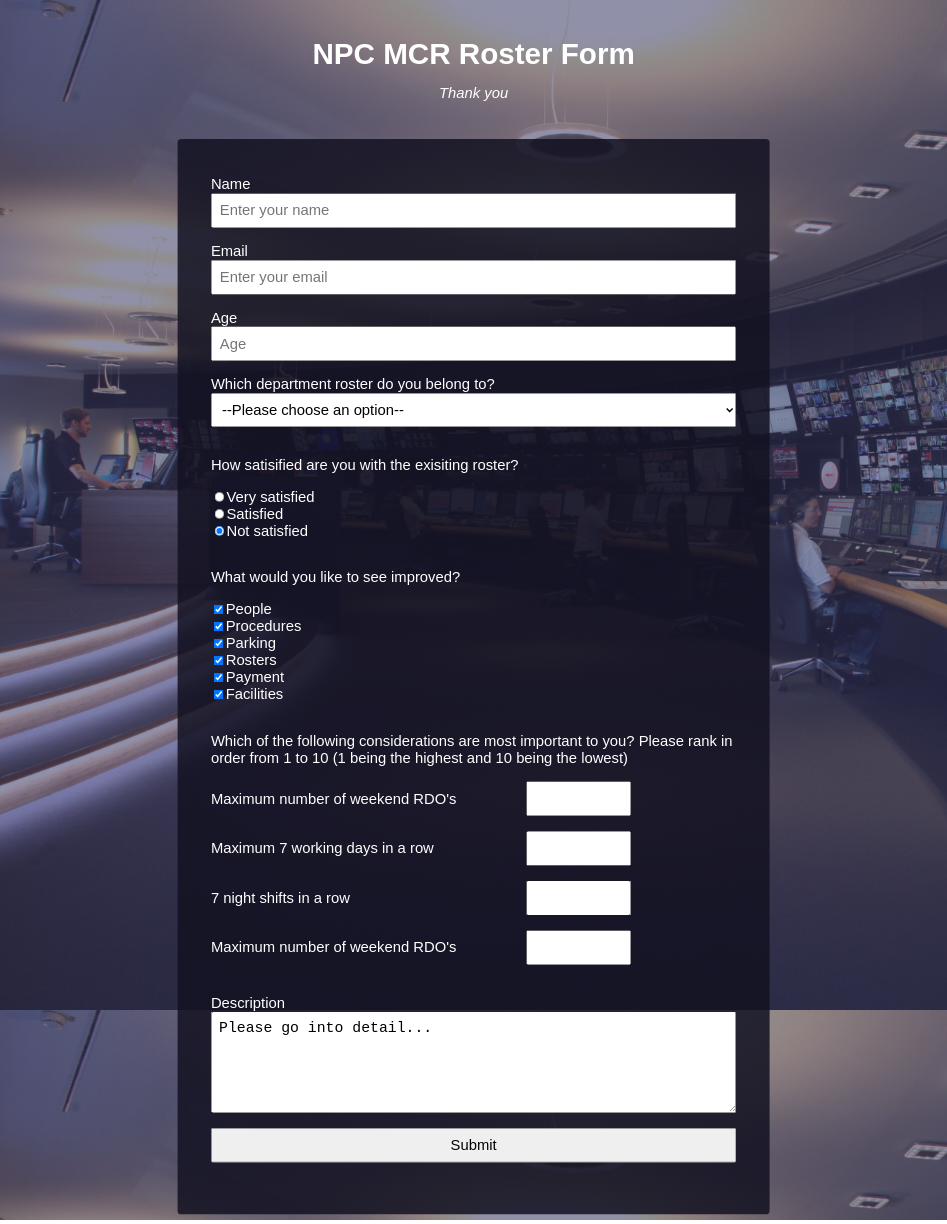
Repository: rvass/fcc-survey-form
Page: index.html
The author's editor kept a record of every edit. The page is drawn from the files as they stood at one moment, then again after the next edit.
The browser window is 1280 px wide. The pictures show the whole page, at 74% of full size.

Above is the page before.

After the next edit:
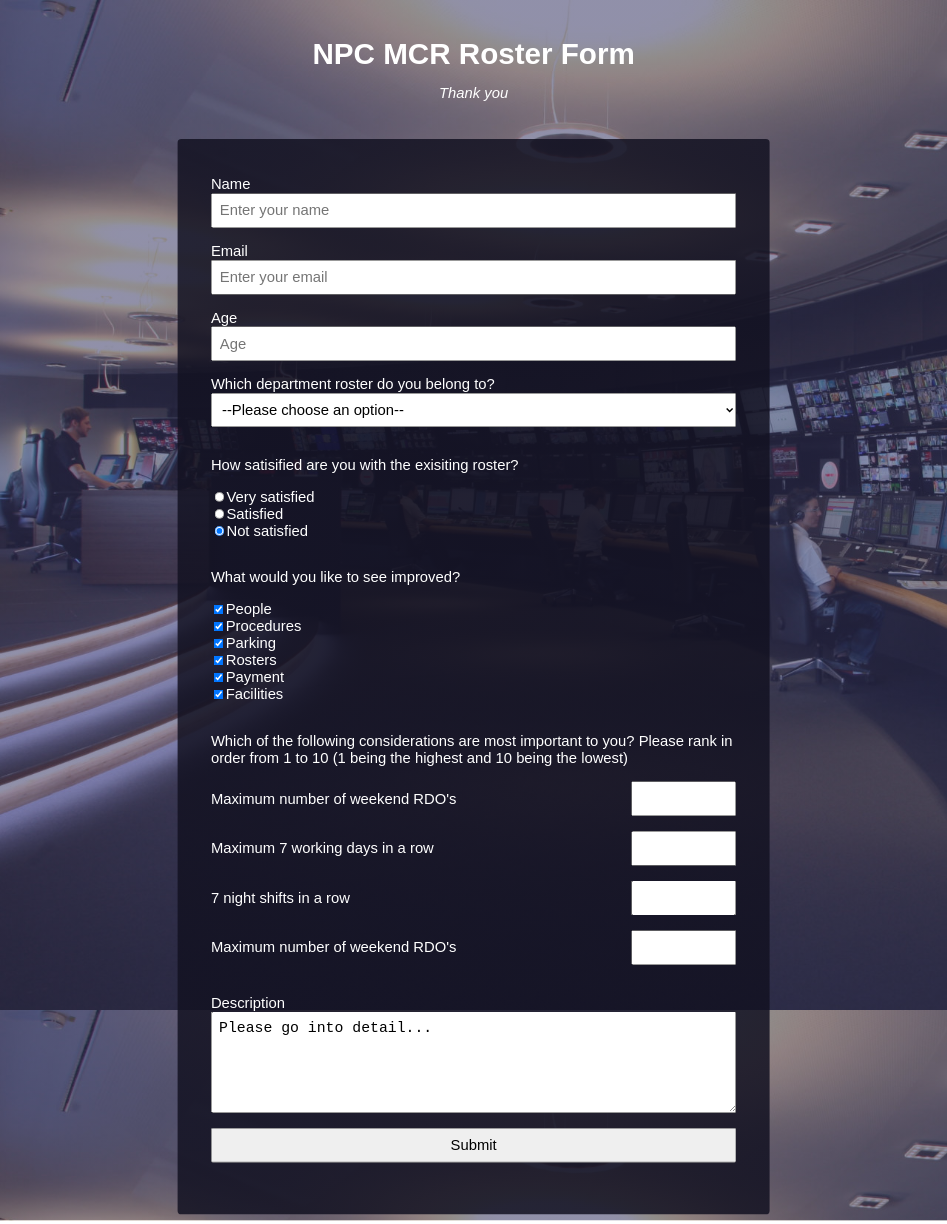
The edit:
--- a/styles.css
+++ b/styles.css
@@ -66,7 +66,7 @@
 }
 
 .considerations label  {
-    flex: 0 1 60%;
+    flex: 0 1 80%;
 }
 .considerations input {
     flex: 0 1 20%;
